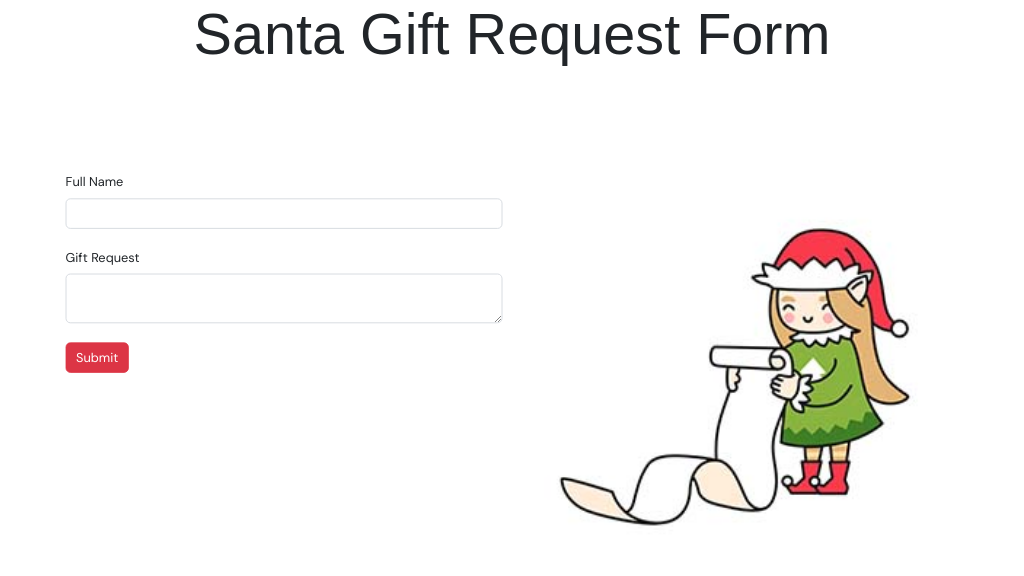
Repository: sarahlochhead/check-santas-list
Page: check-santas-list.html
The author's editor kept a copy of each file at every save. The page is drawn from the files as they stood at one save, then again after the next save.
The browser window is 1280 px wide. The pictures show the whole page, at 80% of full size.
Some web fonts or font styles are not loaded; a fallback is used.

Above is the page before, as saved 2023-12-04 19:38:43.

After the next save:
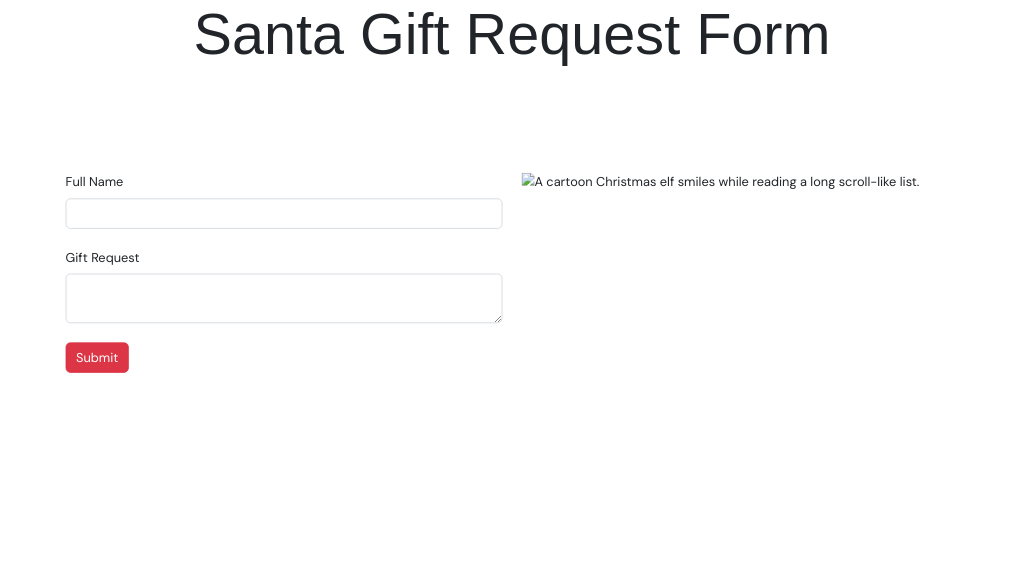
Not found: images/christmas-elf-with-list.png
Saved 5 min 32 s later.
--- a/check-santas-list.html
+++ b/check-santas-list.html
@@ -32,7 +32,7 @@
                     <button type="submit" class="btn btn-danger">Submit</button>
                 </form>
 
-                <img class="col" src="./images/christmas-elf-with-list.jpg"
+                <img class="col" src="./images/christmas-elf-with-list.png"
                     alt="A cartoon Christmas elf smiles while reading a long scroll-like list.">
             </section>
 

After the save that followed:
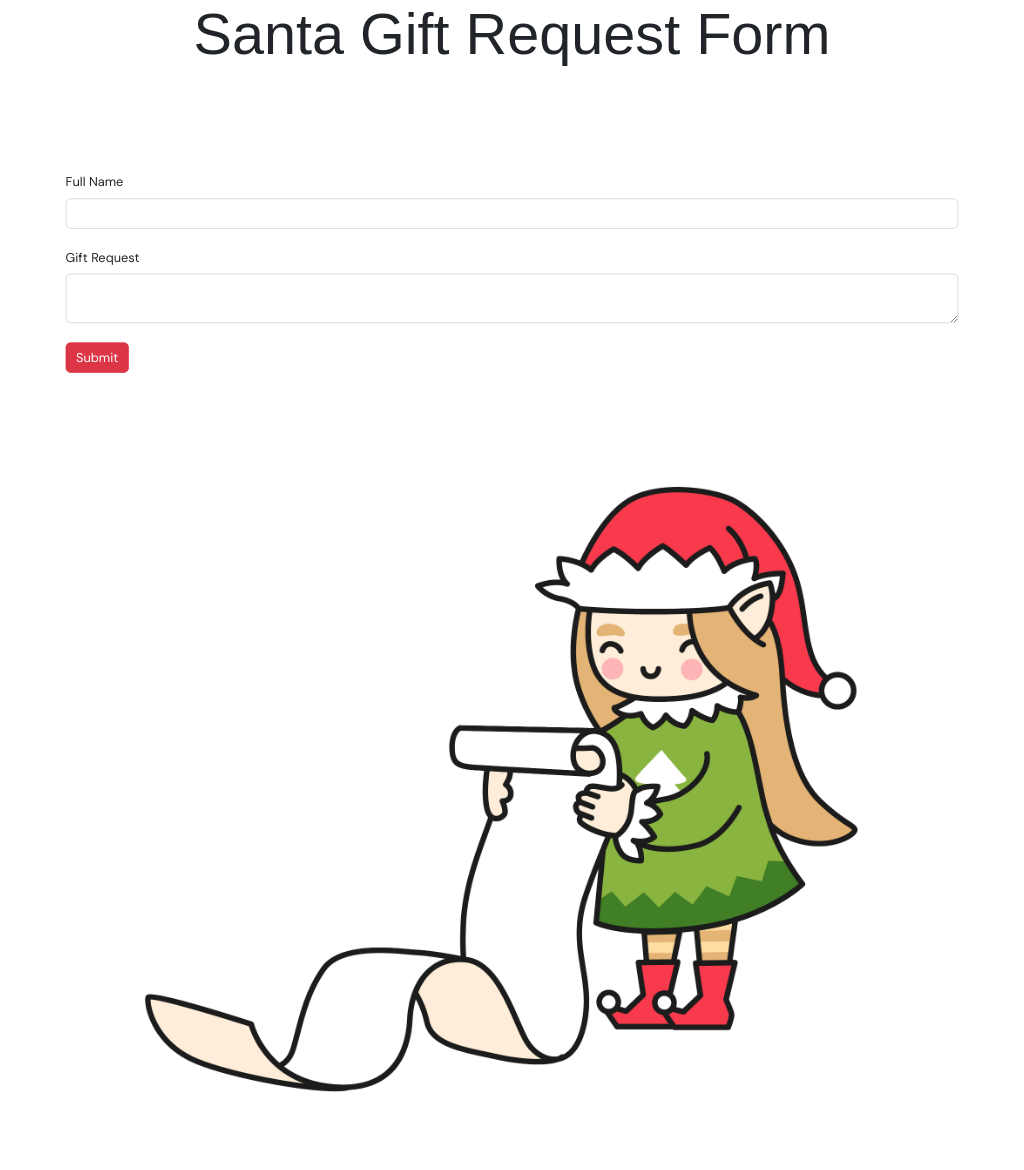
Saved 92 s later.
--- a/check-santas-list.html
+++ b/check-santas-list.html
@@ -32,7 +32,7 @@
                     <button type="submit" class="btn btn-danger">Submit</button>
                 </form>
 
-                <img class="col" src="./images/christmas-elf-with-list.png"
+                <img class="col" src="./images/christmas-elf-with-wish-list.png"
                     alt="A cartoon Christmas elf smiles while reading a long scroll-like list.">
             </section>
 
